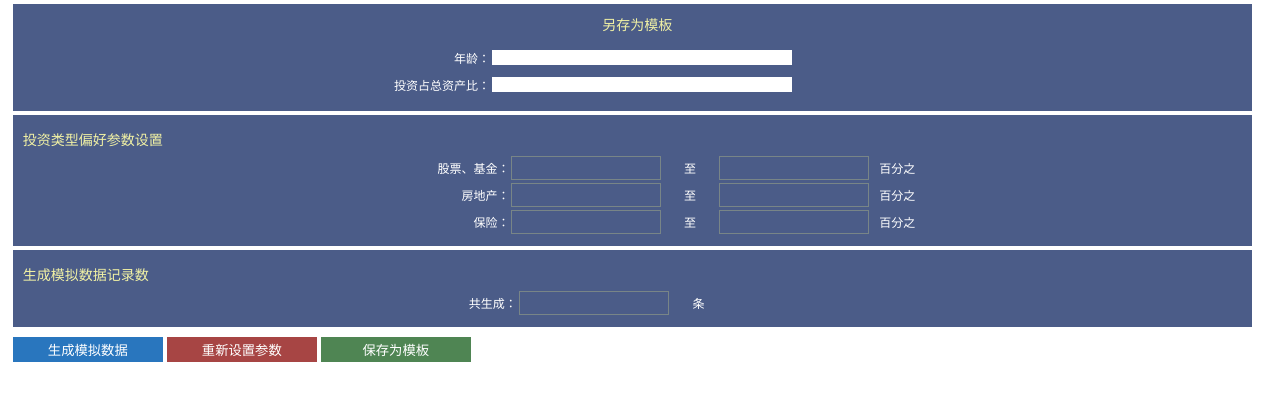
Repository: trieyouth/BigData
Page: http://localhost/BigData/WEB-INF/views/invesr-client-perference-analyse-system/data-collect/saveAsTemplate.jsp
The author's editor kept a copy of each file at every save. The page is drawn from the files as they stood at one save, then again after the next save.
The browser window is 1280 px wide. The pictures show the whole page.
The page is served by Tomcat 9. Nobody is signed in. The template is opened directly, without the code that normally fills it, so the values that code supplies are empty.

Above is the page before, as saved 2016-03-13 03:36:18.

After the next save:
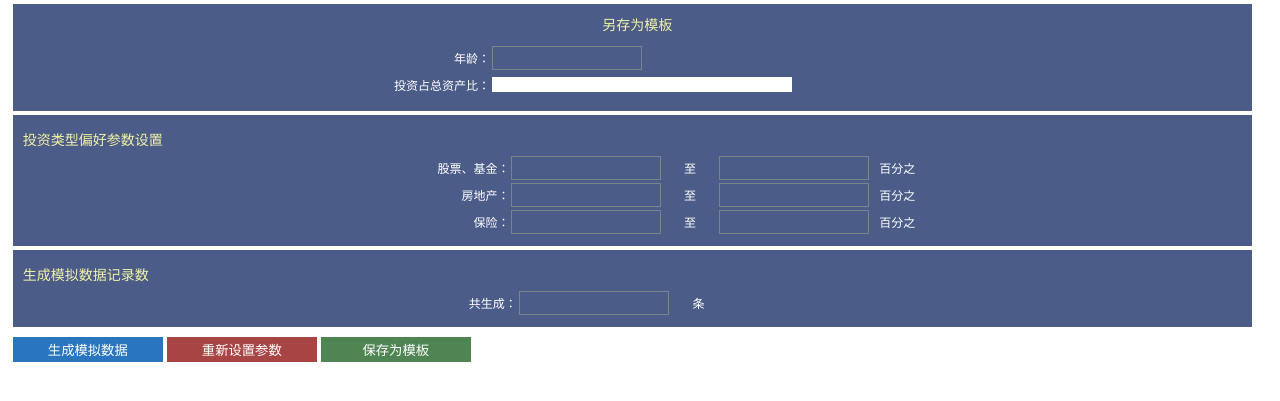
Saved 37 s later.
--- a/BigData/WebRoot/WEB-INF/views/invesr-client-perference-analyse-system/data-collect/saveAsTemplate.jsp
+++ b/BigData/WebRoot/WEB-INF/views/invesr-client-perference-analyse-system/data-collect/saveAsTemplate.jsp
@@ -48,7 +48,7 @@ String basePath = request.getScheme()+"://"+request.getServerName()+":"+request.
       <tr>
         <td width="30%"  height="25"  style="text-align:right" ><label id="labelbody" > 年龄： </label></td>
         <td width="70%"  height="25"  ><label id="labelbody" >
-            <input  type="text" id="inputwith" style="width:300px;" name="minAge" >  </label></td>
+            <input  type="text" id="inputwidth"  width="300px" name="minAge" >  </label></td>
       </tr>
       <tr>
         <td width="30%"  height="25"  style="text-align:right" ><label id="labelbody" > 投资占总资产比： </label></td>
